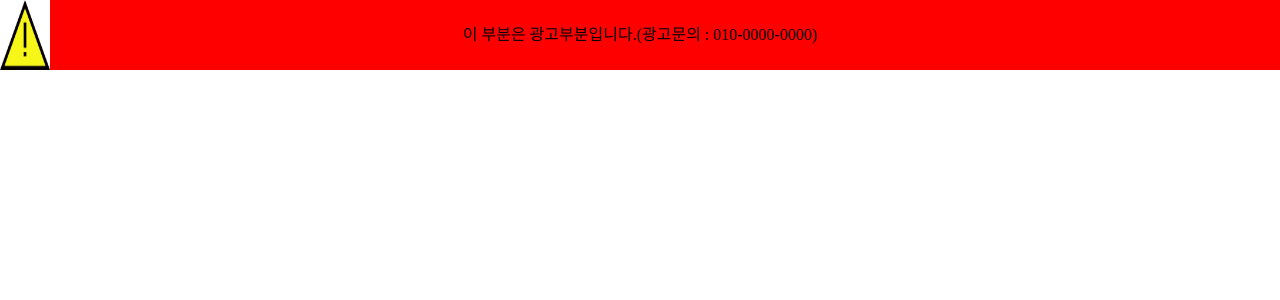
Repository: leehyeonung/myproject
Page: http://localhost/myproject/
An editor plug-in stored every save of this project. The page is shown before and after the next save, followed by the edit.
The browser window is 1280 px wide. The pictures show the whole page.
The page is served by Tomcat 9.

Above is the page before, as saved 2023-03-15 10:47:23.

### myproject/src/main/webapp/index.jsp
<%@ page language="java" contentType="text/html; charset=EUC-KR"
    pageEncoding="EUC-KR"%>
<!DOCTYPE html>
<html>
<head>
<meta charset="EUC-KR">
<title>index</title>
</head>
<body>
<jsp:include page="header.jsp"></jsp:include>
<section>

</section>
<jsp:include page="footer.jsp"></jsp:include>
</body>
</html>

### myproject/src/main/webapp/header.jsp
<%@ page language="java" contentType="text/html; charset=EUC-KR"
    pageEncoding="EUC-KR"%>
<!DOCTYPE html>
<html>
<head>
<meta charset="EUC-KR">
<title>header</title>
<link rel="stylesheet" type="text/css" href="/resources/css/header.css">
</head>
<body>

<div class="ad">
<img alt="" src="/resources/image/warning2.jpg">
이 부분은 광고부분입니다.(광고문의 : 010-0000-0000)

</div>

<header>
</header>

<nav>
</nav>



</body>
</html>

### myproject/src/main/webapp/footer.jsp
<%@ page language="java" contentType="text/html; charset=EUC-KR"
    pageEncoding="EUC-KR"%>
<!DOCTYPE html>
<html>
<head>
<meta charset="EUC-KR">
<title>footer</title>
</head>
<body>

</body>
</html>

### myproject/src/main/webapp/resources/css/header.css
*{
	position: fixed;
	width:60%;
	left:20%;
}

.ad img{
	left:0px;
	width:50px;
	height: 70px;
}

.ad{
	left:0px;
	width:100%;
	top:0px;
	height:70px;
	background-color: red;
	line-height: 70px;
	display: flex;
	justify-content: center;
	align-content: center;
}
header{

}

nav{

}

After the next save:
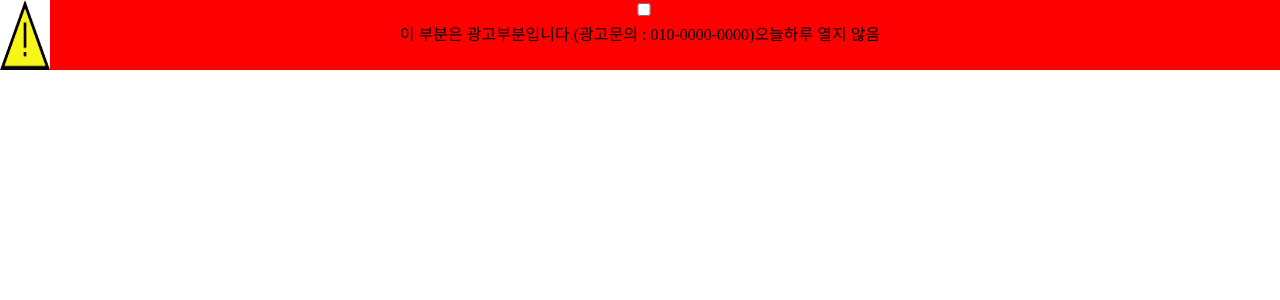
Saved 22 s later.
--- a/myproject/src/main/webapp/header.jsp
+++ b/myproject/src/main/webapp/header.jsp
@@ -12,7 +12,7 @@
 <div class="ad">
 <img alt="" src="/resources/image/warning2.jpg">
 이 부분은 광고부분입니다.(광고문의 : 010-0000-0000)
-
+<input type="checkbox" >오늘하루 열지 않음
 </div>
 
 <header>

After the save that followed:
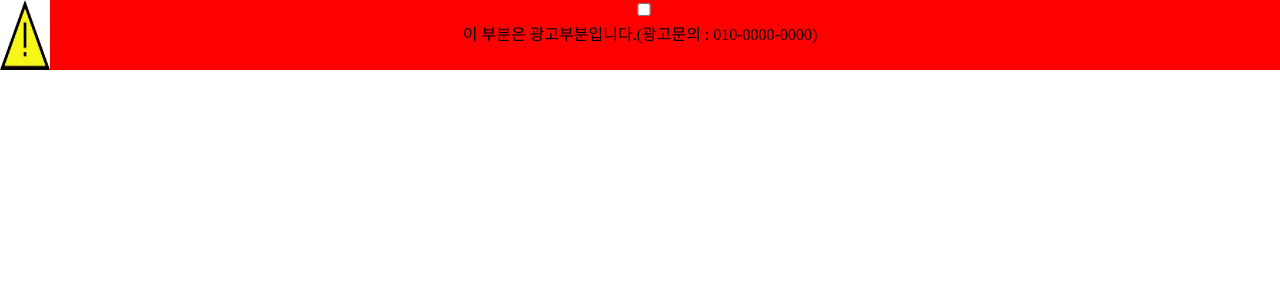
Saved 20 s later.
--- a/myproject/src/main/webapp/header.jsp
+++ b/myproject/src/main/webapp/header.jsp
@@ -12,7 +12,7 @@
 <div class="ad">
 <img alt="" src="/resources/image/warning2.jpg">
 이 부분은 광고부분입니다.(광고문의 : 010-0000-0000)
-<input type="checkbox" >오늘하루 열지 않음
+<input type="checkbox" value="오늘하루 열지 않음" >
 </div>
 
 <header>
